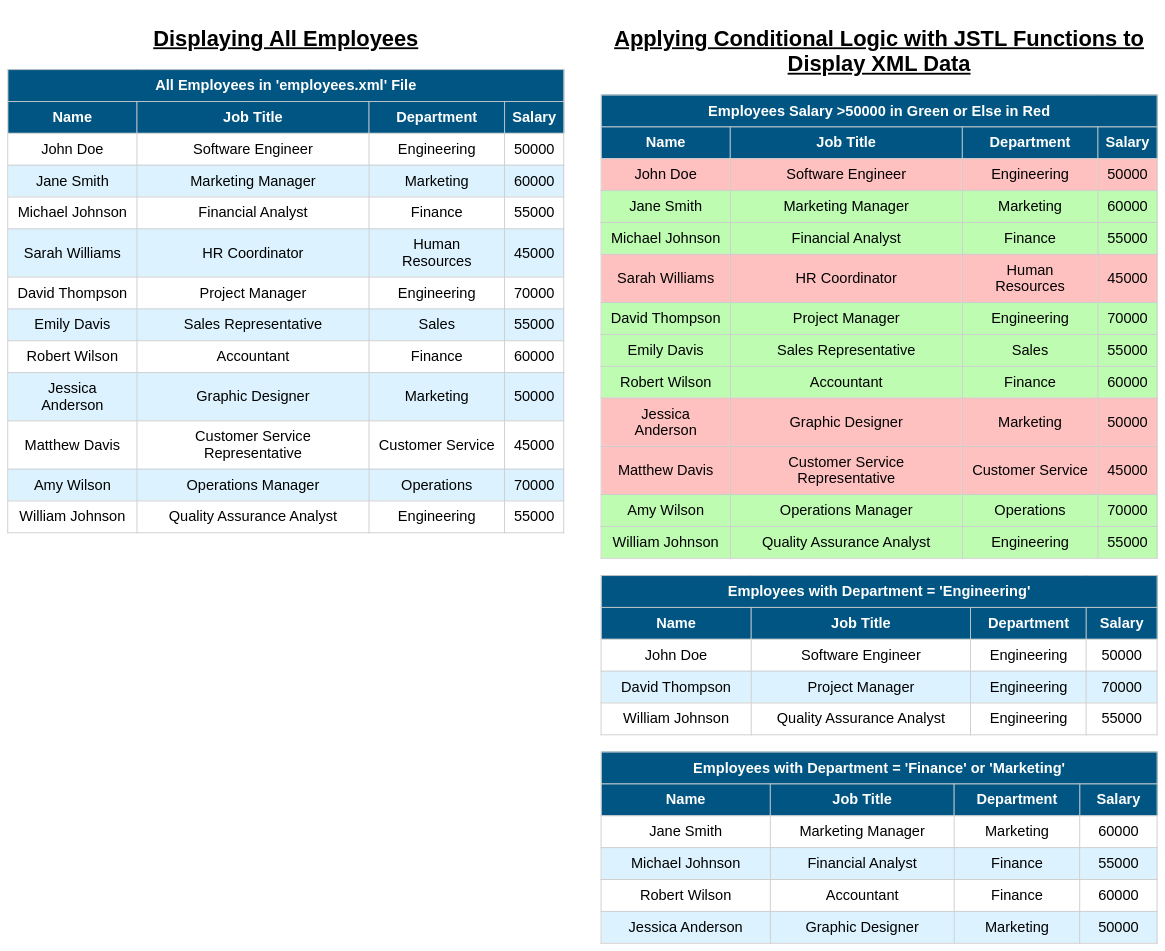
Repository: bkyncl/csd-430
Page: http://localhost/kyncl_mod9/
These files come from the project's save history. The page is drawn as it stood at one moment and after the next save; the edit follows.
The browser window is 1280 px wide. The pictures show the whole page, at 91% of full size.
The page is served by Tomcat 9.

Above is the page before, as saved 2023-07-05 06:59:33.

After the next save:
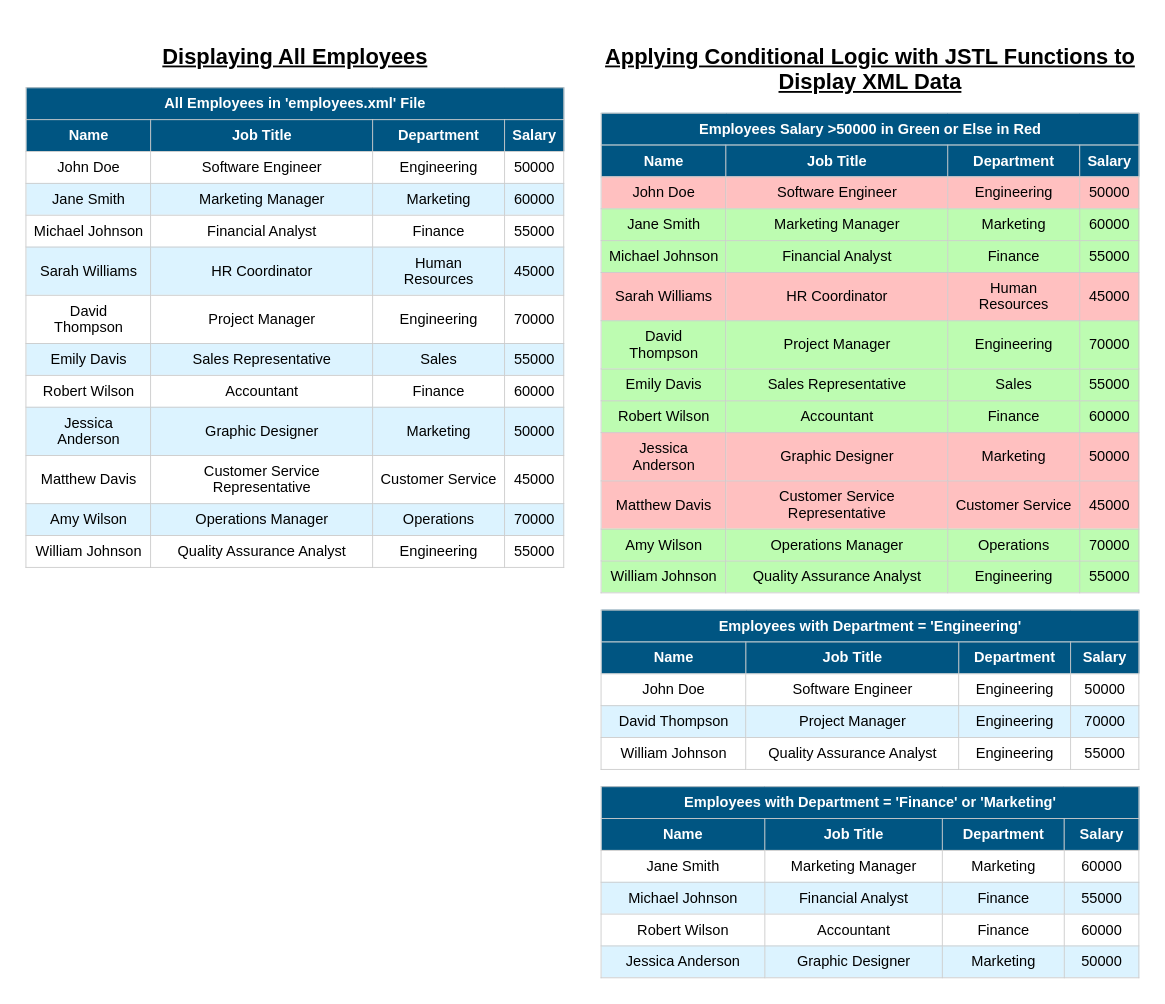
Saved 11 s later.
--- a/kyncl_mod9/src/main/webapp/styles.css
+++ b/kyncl_mod9/src/main/webapp/styles.css
@@ -8,11 +8,11 @@ body {
 }
 .left {
   flex: 1 1 40%;
-  padding-right: 20px;
+  padding: 20px;
 }
 .right {
   flex: 1 1 40%;
-  padding-left: 20px;
+  padding: 20px;
 }
 h2 {
 	text-decoration: underline;
